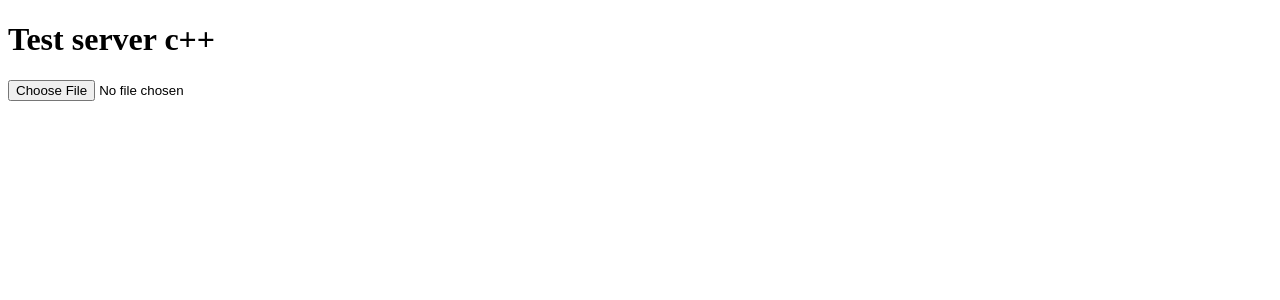
Repository: Predkor/OC
Page: main.html
An editor plug-in stored every save of this project. The page is shown before and after the next save, followed by the edit.
The browser window is 1280 px wide. The pictures show the whole page.

Above is the page before, as saved 2024-09-23 16:02:42.

After the next save:
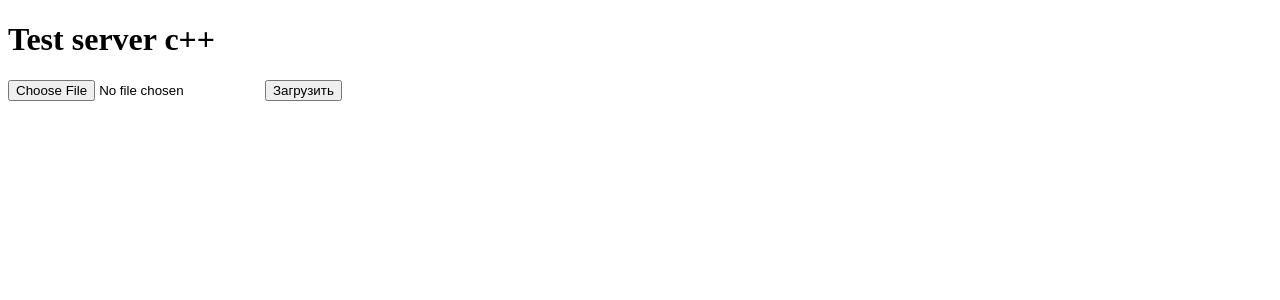
Saved 31 s later.
--- a/main.html
+++ b/main.html
@@ -10,6 +10,8 @@
 
     <form action="/upload">
         <input type="file" name="input_file" id="inputFile">
+
+        <input type="submit" value="Загрузить">
     </form>
 
 </body>
